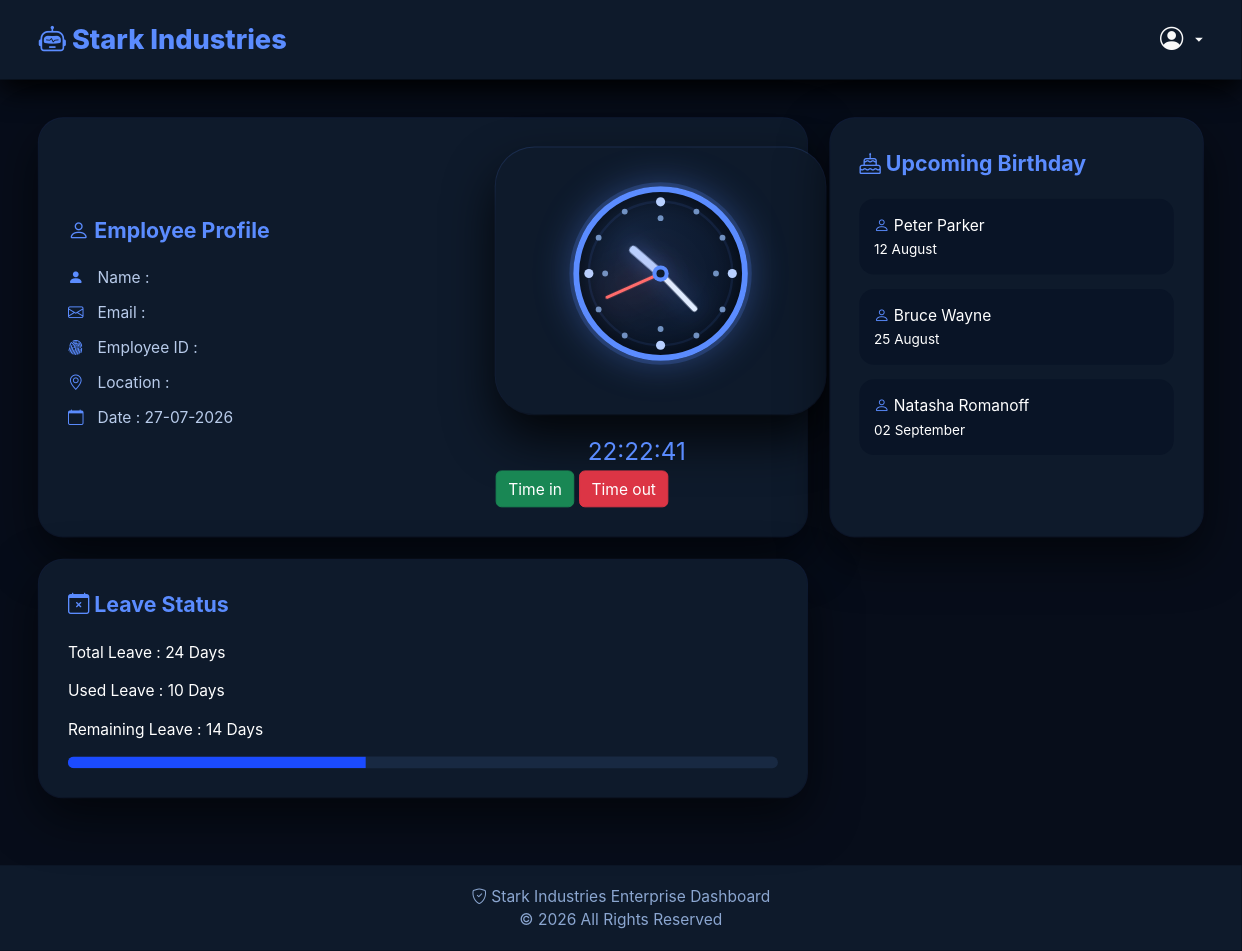
Repository: abhinav050799/office-management-
Page: resources/views/dashboard.blade.php
These files come from the project's save history. The page is drawn as it stood at one moment and after the next save; the edit follows.
The browser window is 1280 px wide. The pictures show the whole page, at 97% of full size.
The page is served by the project's Laravel application, run on PHP 8.4 with Laravel 12. Other server files are loaded and not shown. The template is opened directly, without the code that normally fills it, so the values that code supplies are empty.

Above is the page before, as saved 2026-07-27 18:01:22.

### routes/web.php
<?php

use Illuminate\Support\Facades\Route;
use App\Http\Controllers\UserController;
Route::get('/', function () {
    return view('welcome');
});

Route::controller(UserController::class)->group(function(){
Route::get('/login', 'loginForm')->name('login');
Route::get('/register', 'registerForm')->name('register');
Route::post('/registeruser', 'register')->name('registeruser');
Route::post('/loginUser', 'login')->name('loginUser');
Route::get('/dashboard','dashboard')->name('dashboard');
Route::post('/logout', 'logout')->name('logout');
Route::get('/profile', 'profile')->name('profile');
Route::post('/profileUpdate', 'profileUpdate')->name('profileUpdate');
});

### resources/views/dashboard.blade.php
@include('layout.header')


    <!-- DASHBOARD -->


    <div class="dashboard">


        <div class="row g-4">


            <!-- LEFT USER BOX -->


            <div class="col-lg-8">


                <div class="card-box">


                    <div class="row align-items-center">


                        <!-- USER DETAILS -->

                        <div class="col-md-7">


                            <div class="title">

                                <i class="bi bi-person"></i>
                                Employee Profile

                            </div>


                            <div class="user-detail">


                                <p>
                                    <i class="bi bi-person-fill"></i>
                                    Name : {{ $data->name }}
                                </p>


                                <p>
                                    <i class="bi bi-envelope"></i>
                                    Email : {{ $data->email }}
                                </p>


                                <p>
                                    <i class="bi bi-fingerprint"></i>
                                    Employee ID : {{ $data->account_id }}
                                </p>


                                <p>
                                    <i class="bi bi-geo-alt"></i>
                                    Location : {{ $data->address }}
                                </p>


                                <p>
                                    <i class="bi bi-calendar"></i>
                                    Date : {{ now()->format('d-m-Y') }}
                                </p>


                            </div>


                        </div>



                        <!-- WATCH -->


                        <div class="col-md-5">


                            <!-- <div class="watch">




                            </div> -->

                            <div class="clock-card">

    <!-- MODERN WATCH FACE (SVG) -->
    <div class="watch">
    <!-- MODERN WATCH FACE (SVG) -->
    <div style="display: flex; flex-direction: column; align-items: center; width: 100%;">

        <svg viewBox="0 0 100 100" style="width: 100%; max-width: 170px; height: auto;" id="clockSvg">
            <circle cx="50" cy="50" r="44" fill="none" stroke="rgba(91,140,255,0.1)" stroke-width="1.5"/>

            <!-- MAJOR markers -->
            <circle cx="50" cy="6" r="2.8" fill="#b8d0ff"/>
            <circle cx="50" cy="94" r="2.8" fill="#b8d0ff"/>
            <circle cx="6" cy="50" r="2.8" fill="#b8d0ff"/>
            <circle cx="94" cy="50" r="2.8" fill="#b8d0ff"/>

            <!-- MINOR markers -->
            <circle cx="50" cy="16" r="1.8" fill="#8aafe6" opacity="0.8"/>
            <circle cx="50" cy="84" r="1.8" fill="#8aafe6" opacity="0.8"/>
            <circle cx="16" cy="50" r="1.8" fill="#8aafe6" opacity="0.8"/>
            <circle cx="84" cy="50" r="1.8" fill="#8aafe6" opacity="0.8"/>
            <circle cx="72" cy="12" r="1.8" fill="#8aafe6" opacity="0.8"/>
            <circle cx="28" cy="12" r="1.8" fill="#8aafe6" opacity="0.8"/>
            <circle cx="72" cy="88" r="1.8" fill="#8aafe6" opacity="0.8"/>
            <circle cx="28" cy="88" r="1.8" fill="#8aafe6" opacity="0.8"/>
            <circle cx="88" cy="28" r="1.8" fill="#8aafe6" opacity="0.8"/>
            <circle cx="88" cy="72" r="1.8" fill="#8aafe6" opacity="0.8"/>
            <circle cx="12" cy="28" r="1.8" fill="#8aafe6" opacity="0.8"/>
            <circle cx="12" cy="72" r="1.8" fill="#8aafe6" opacity="0.8"/>

            <!-- HANDS -->
            <line x1="50" y1="50" x2="50" y2="28" class="hand hour-hand" id="hourHand"
                  stroke="#b8d0ff" stroke-width="4.5" stroke-linecap="round"/>
            <line x1="50" y1="50" x2="50" y2="20" class="hand minute-hand" id="minuteHand"
                  stroke="#e0ecff" stroke-width="3" stroke-linecap="round"/>
            <line x1="50" y1="50" x2="50" y2="14" class="hand second-hand" id="secondHand"
                  stroke="#ff6b6b" stroke-width="2" stroke-linecap="round"/>

            <!-- center dot -->
            <circle cx="50" cy="50" r="5" fill="#5b8cff"/>
            <circle cx="50" cy="50" r="2.5" fill="#0e1a2b"/>
        </svg>

        <!-- DIGITAL TIME in 24-hour format -->
        <!-- <div class="time" id="clock" style="margin-top: 12px; font-size: 1.4rem; font-weight: 600; letter-spacing: 2px;
             background: linear-gradient(135deg, #b8d0ff, #5b8cff); -webkit-background-clip: text;
             -webkit-text-fill-color: transparent; background-clip: text;">
            00:00:00
        </div> -->
    </div>
</div>
  </div>


                            <div class="time" id="clock">

                                00:00:00

                            </div>

                            <div class="timeinout">
                                <button class="btn btn-success">Time in</button>
                                <button class="btn btn-danger">Time out </button>
                            </div>


                        </div>


                    </div>


                </div>



            </div>





            <!-- RIGHT BIRTHDAY BOX -->


            <div class="col-lg-4">


                <div class="card-box">


                    <div class="title">

                        <i class="bi bi-cake"></i>

                        Upcoming Birthday

                    </div>



                    <div class="employee">

                        <i class="bi bi-person"></i>

                        Peter Parker

                        <br>

                        <small>

                            12 August

                        </small>

                    </div>



                    <div class="employee">

                        <i class="bi bi-person"></i>

                        Bruce Wayne

                        <br>

                        <small>

                            25 August

                        </small>

                    </div>



                    <div class="employee">

                        <i class="bi bi-person"></i>

                        Natasha Romanoff

                        <br>

                        <small>

                            02 September

                        </small>

                    </div>



                </div>


            </div>




            <!-- LEAVE STATUS -->


            <div class="col-lg-8">


                <div class="card-box">


                    <div class="title">

                        <i class="bi bi-calendar-x"></i>

                        Leave Status

                    </div>


                    <p>
                        Total Leave : 24 Days
                    </p>


                    <p>
                        Used Leave : 10 Days
                    </p>


                    <p>
                        Remaining Leave : 14 Days
                    </p>



                    <div class="progress">

                        <div class="progress-bar" style="width:42%">

                        </div>

                    </div>


                </div>


            </div>





        </div>


    </div>




@include('layout.footer')





    <script>


        function clock() {

            let date = new Date();

            // let time = date.toLocaleTimeString();
  let time = date.toLocaleTimeString('en-IN', {
        hour: '2-digit',
        minute: '2-digit',
        second: '2-digit',
        hour12: true
    });

            document.getElementById("clock").innerHTML = time;


        }


        setInterval(clock, 1000);


        clock();


    </script>


<style>
    /* ─── CARD (exactly like your .watch container) ─── */
    .clock-card {
      background: #0e1a2b;
      border-radius: 40px;
      padding: 40px 30px 35px;
      box-shadow: 0 25px 50px rgba(0, 0, 0, 0.8), 0 0 0 1px rgba(91, 140, 255, 0.2);
      text-align: center;
      width: 340px;
      transition: all 0.2s ease;
    }

    /* ─── MODERN WATCH FACE ─── */
    .watch {
      width: 180px;
      height: 180px;
      margin: 0 auto 20px;
      border-radius: 50%;
      background: radial-gradient(circle at 30% 30%, #14243e, #091426);
      border: 6px solid #5b8cff;
      box-shadow:
        0 0 0 4px rgba(91, 140, 255, 0.2),
        0 0 40px rgba(91, 140, 255, 0.4),
        inset 0 0 30px rgba(0, 0, 0, 0.7);
      display: flex;
      justify-content: center;
      align-items: center;
      position: relative;
      transition: box-shadow 0.3s;
    }

    /* subtle glow on hover */
    .watch:hover {
      box-shadow:
        0 0 0 6px rgba(91, 140, 255, 0.25),
        0 0 60px rgba(91, 140, 255, 0.6),
        inset 0 0 30px rgba(0, 0, 0, 0.7);
    }

    /* ─── CLOCK HANDS (SVG) ─── */
    .clock-svg {
      width: 100%;
      height: 100%;
      transform: rotate(-90deg);   /* 12 o'clock = top */
    }

    /* hands – all start at 12 o'clock */
    .hand {
      stroke-linecap: round;
      transition: transform 0.05s linear;  /* smooth tick */
    }

    .hour-hand {
      stroke: #b8d0ff;
      stroke-width: 5;
      filter: drop-shadow(0 0 6px rgba(91, 140, 255, 0.5));
    }

    .minute-hand {
      stroke: #e0ecff;
      stroke-width: 3.5;
      filter: drop-shadow(0 0 8px rgba(91, 140, 255, 0.6));
    }

    .second-hand {
      stroke: #ff6b6b;
      stroke-width: 2;
      filter: drop-shadow(0 0 12px #ff6b6b);
    }

    /* center dot */
    .center-dot {
      fill: #5b8cff;
      r: 5;
      filter: drop-shadow(0 0 10px #5b8cff);
    }

    /* hour markers (tiny dots) */
    .marker {
      fill: #8aafe6;
      opacity: 0.7;
    }
    .marker-major {
      fill: #b8d0ff;
      opacity: 1;
    }

    /* ─── DIGITAL TIME (below watch) ─── */
    .digital-time {
      font-size: 2.4rem;
      font-weight: 600;
      letter-spacing: 3px;
      background: linear-gradient(135deg, #b8d0ff, #5b8cff);
      -webkit-background-clip: text;
      -webkit-text-fill-color: transparent;
      background-clip: text;
      text-shadow: 0 0 20px rgba(91, 140, 255, 0.3);
      margin-top: 6px;
      font-variant-numeric: tabular-nums;
    }

    /* small date / label */
    .clock-label {
      color: #6d89b8;
      font-size: 0.85rem;
      letter-spacing: 2px;
      text-transform: uppercase;
      margin-top: 8px;
      opacity: 0.7;
    }

    /* ─── RESPONSIVE TWEAK ─── */
    @media (max-width: 480px) {
      .clock-card {
        width: 290px;
        padding: 30px 20px 25px;
      }
      .watch {
        width: 150px;
        height: 150px;
      }
      .digital-time {
        font-size: 2rem;
      }
    }
</style>

<script>
    (function() {
      "use strict";

      // DOM refs
      const hourHand = document.getElementById('hourHand');
      const minuteHand = document.getElementById('minuteHand');
      const secondHand = document.getElementById('secondHand');
      const digitalClock = document.getElementById('clock');

      // ─── CLOCK UPDATE ───
      function updateClock() {
        // Get current time in India timezone (IST)
        const now = new Date();
        // Convert to IST (UTC +5:30)
        const istTime = new Date(now.toLocaleString('en-US', { timeZone: 'Asia/Kolkata' }));

        let hours = istTime.getHours();
        const minutes = istTime.getMinutes();
        const seconds = istTime.getSeconds();

        // 24-hour format (no AM/PM)
        const pad = (n) => String(n).padStart(2, '0');

        // Digital time in 24-hour format
        digitalClock.textContent = `${pad(hours)}:${pad(minutes)}:${pad(seconds)}`;

        // ── SVG hand angles (in degrees) ──
        const secDeg = seconds * 6;
        const minDeg = minutes * 6 + seconds * 0.1;
        const hourDeg = (hours % 12) * 30 + minutes * 0.5;

        // apply rotation
        hourHand.setAttribute('transform', `rotate(${hourDeg}, 50, 50)`);
        minuteHand.setAttribute('transform', `rotate(${minDeg}, 50, 50)`);
        secondHand.setAttribute('transform', `rotate(${secDeg}, 50, 50)`);
      }

      // ─── RUN & SYNC ───
      updateClock();
      setInterval(updateClock, 1000);

      document.addEventListener('visibilitychange', () => {
        if (!document.hidden) updateClock();
      });

    })();
</script>
<script src="https://cdn.jsdelivr.net/npm/bootstrap@5.3.2/dist/js/bootstrap.bundle.min.js"></script>


</body>

</html>

### resources/views/layout/header.blade.php
<!DOCTYPE html>
<html lang="en">

<head>
    <meta charset="UTF-8">
    <meta name="viewport" content="width=device-width, initial-scale=1.0">

    <title>Stark Industries Dashboard</title>

    <link href="https://cdn.jsdelivr.net/npm/bootstrap@5.3.2/dist/css/bootstrap.min.css" rel="stylesheet">

    <link href="https://cdn.jsdelivr.net/npm/bootstrap-icons@1.11.3/font/bootstrap-icons.css" rel="stylesheet">

    <style>
        * {
            margin: 0;
            padding: 0;
            box-sizing: border-box;
        }

        body {
            font-family: 'Inter', sans-serif;
            background: #070d1a;
            color: #fff;
            min-height: 100vh;
        }


        /* HEADER */

        .header {
            background: #0e1a2b;
            padding: 20px 40px;
            box-shadow: 0 10px 30px #000;
        }

        .logo {
            font-size: 28px;
            font-weight: 800;
            color: #5b8cff;
        }

        .header a {
            color: #9bb2d9;
            text-decoration: none;
        }


        /* MAIN */

        .dashboard {
            padding: 40px;
        }


        /* CARDS */

        .card-box {

            background: #0e1a2b;
            border-radius: 25px;
            padding: 30px;

            box-shadow:
                0 20px 50px rgba(0, 0, 0, .6),
                0 0 0 1px rgba(91, 140, 255, .15);

            height: 100%;
        }


        .title {

            color: #5b8cff;
            font-size: 22px;
            font-weight: 700;

            margin-bottom: 20px;

        }


        /* USER */

        .user-detail p {

            color: #b8cbea;
            margin-bottom: 12px;

        }


        .user-detail i {

            color: #5b8cff;
            margin-right: 10px;

        }


        /* WATCH */

        .watch {

            width: 150px;
            height: 150px;

            border-radius: 50%;

            background: #091426;

            border: 8px solid #5b8cff;

            display: flex;
            justify-content: center;
            align-items: center;

            margin: auto;

            font-size: 40px;

            box-shadow:
                0 0 40px rgba(91, 140, 255, .5);

        }


        .time {

            text-align: center;

            margin-top: 20px;

            font-size: 25px;

            color: #5b8cff;

        }


        /* BIRTHDAY */


        .employee {

            background: #091426;

            padding: 15px;

            border-radius: 15px;

            margin-bottom: 15px;

        }


        .employee i {

            color: #5b8cff;

        }



        /* LEAVE */


        .progress {

            height: 12px;

            background: #182942;

        }

        .progress-bar {

            background: #1b4bff;

        }


        /* FOOTER */


        .footer {

            background: #0e1a2b;

            padding: 20px;

            text-align: center;

            color: #8ba6d0;

            margin-top: 30px;

        }


        @media(max-width:768px) {

            .dashboard {
                padding: 20px;
            }

            .header {
                padding: 20px;
            }

        }
        .dropdown-menu{
    background:#0e1a2b;
    border:1px solid rgba(91,140,255,.2);
    border-radius:15px;
    padding:10px;
}

.dropdown-item{
    color:#bdd2f5;
    border-radius:10px;
}

.dropdown-item:hover{
    background:#1b4bff;
    color:white;
}

    </style>

</head>


<body>


    <!-- HEADER -->

    <header class="header">

        <div class="d-flex justify-content-between align-items-center">

            <div class="logo">

                <i class="bi bi-robot"></i>
                Stark Industries

            </div>


            <div class="dropdown">

                <a class="dropdown-toggle text-decoration-none text-light d-flex align-items-center gap-2" href="#"
                    role="button" data-bs-toggle="dropdown" aria-expanded="false">

                    <i class="bi bi-person-circle fs-4"></i>

                    {{ session('username') }}

                </a>


                <ul class="dropdown-menu dropdown-menu-end">

                    <li>
                        <a class="dropdown-item" href="{{ url('profile') }}">
                            <i class="bi bi-gear me-2"></i>
                            Settings
                        </a>
                    </li>


                    <li>
                        <hr class="dropdown-divider">
                    </li>


                    <li>

                        <form method="POST" action="{{ route('logout') }}">

                            @csrf

                            <button type="submit" class="dropdown-item text-danger">

                                <i class="bi bi-box-arrow-right me-2"></i>
                                Logout

                            </button>

                        </form>

                    </li>


                </ul>

            </div>


        </div>

    </header>

### resources/views/layout/footer.blade.php
    <!-- FOOTER -->


    <footer class="footer">


        <i class="bi bi-shield-check"></i>

        Stark Industries Enterprise Dashboard

        <br>

        © 2026 All Rights Reserved


    </footer>

After the next save:
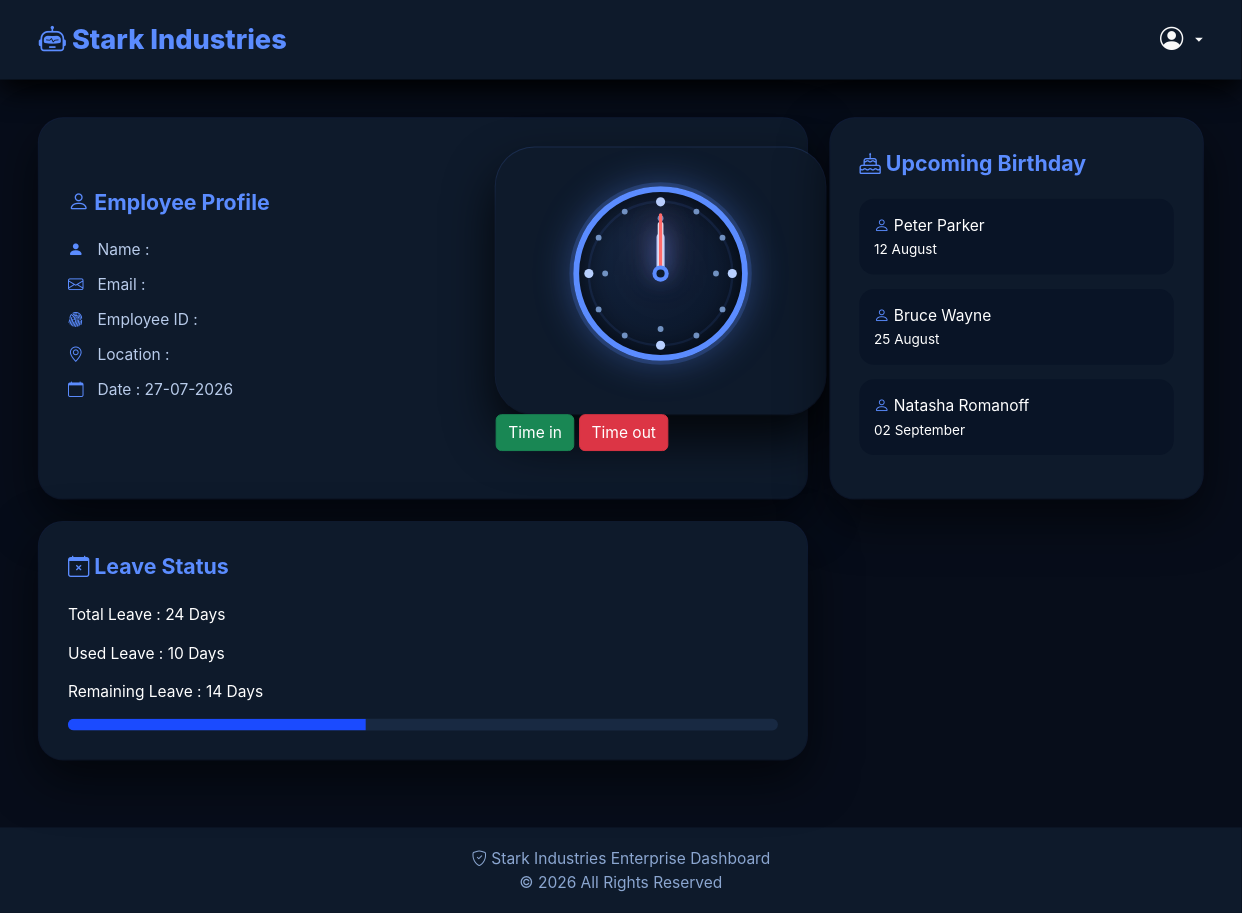
Console error: TypeError: Cannot set properties of null (setting 'innerHTML')
Saved 18 s later.
--- a/resources/views/dashboard.blade.php
+++ b/resources/views/dashboard.blade.php
@@ -142,11 +142,11 @@
   </div>
 
 
-                            <div class="time" id="clock">
+                            <!-- <div class="time" id="clock">
 
                                 00:00:00
 
-                            </div>
+                            </div> -->
 
                             <div class="timeinout">
                                 <button class="btn btn-success">Time in</button>

After the save that followed:
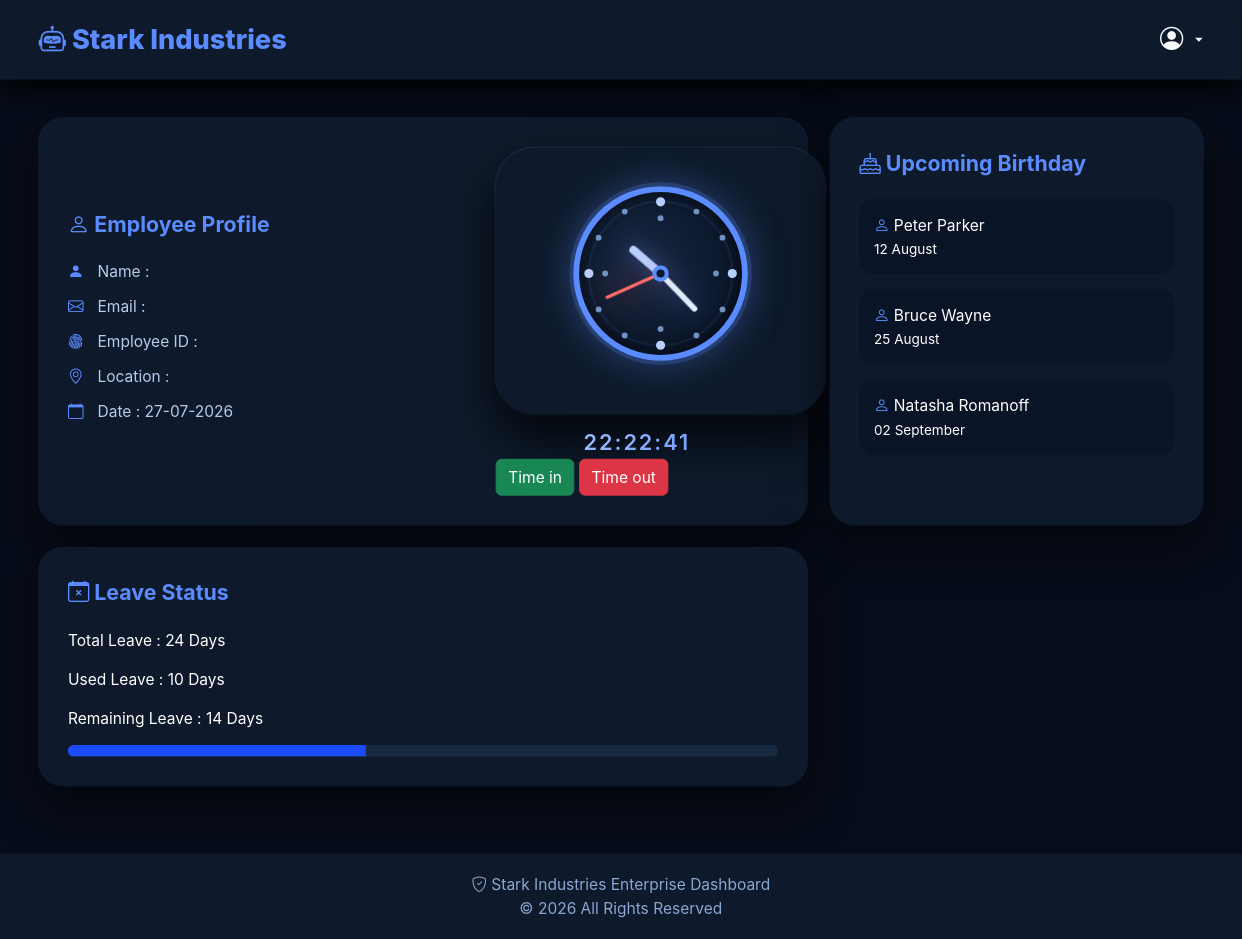
The error is gone.
Saved 5 s later.
--- a/resources/views/dashboard.blade.php
+++ b/resources/views/dashboard.blade.php
@@ -147,6 +147,11 @@
                                 00:00:00
 
                             </div> -->
+                            <div class="time" id="clock" style="margin-top: 12px; font-size: 1.4rem; font-weight: 600; letter-spacing: 2px;
+             background: linear-gradient(135deg, #b8d0ff, #5b8cff); -webkit-background-clip: text;
+             -webkit-text-fill-color: transparent; background-clip: text;">
+            00:00:00
+        </div>
 
                             <div class="timeinout">
                                 <button class="btn btn-success">Time in</button>
